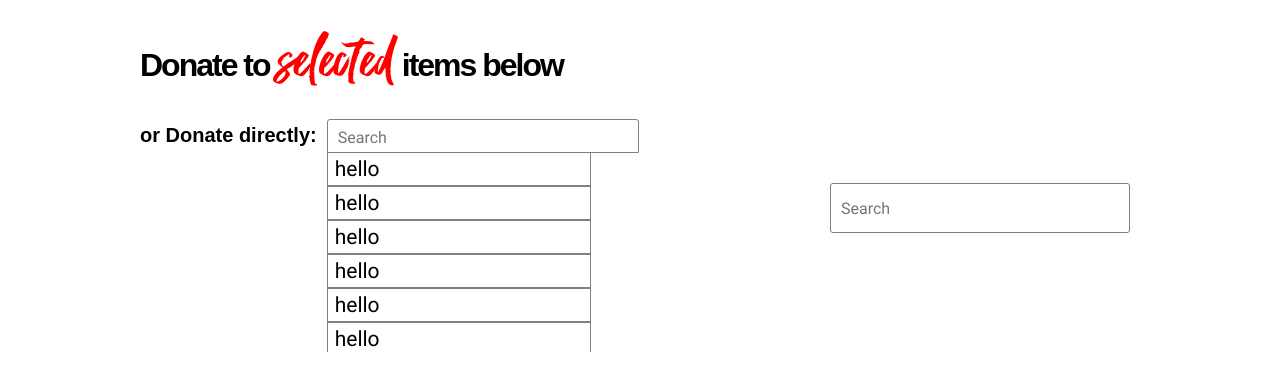
Repository: David-Waite/edableStyleChanges
Page: /
An editor plug-in stored every save of this project. The page is shown before and after the next save, followed by the edit.
The browser window is 1280 px wide. The pictures show the whole page.
The page's requests for data from a server got no answer. The project was rebuilt for these pictures with package versions that can differ from the ones it lists, and the page was loaded fresh each time. Some packages were replaced by stand-ins written for this rebuild. No one was signed in, and anything a server would have sent is missing. Queries for data that is not in the repository find no rows. Also part of the build but not shown: src/components/Item/ProgressBar.css, src/components/Volunteer/Volunteer.tsx, src/components/DonorForm/Message.css, src/components/Volunteer/VolunteerError.tsx, src/components/Default.tsx, src/components/DonorForm/Paypal.tsx, src/components/DonorForm/DonorForm.tsx, src/components/DonorForm/PastDonations.css and 8 more.

Above is the page before, as saved 2022-11-09 19:47:20.

### public/index.html
<!DOCTYPE html>
<html lang="en">
  <head>
    <meta charset="utf-8" />
    <link rel="icon" href="%PUBLIC_URL%/favicon.ico" />
    <meta name="viewport" content="width=device-width, initial-scale=1" />
    <meta name="theme-color" content="#000000" />
    <meta name="description" content="EdAble Donations System" />
    <link rel="apple-touch-icon" href="%PUBLIC_URL%/logo192.png" />
    <link rel="manifest" href="%PUBLIC_URL%/manifest.json" />
    <link
      rel="stylesheet"
      href="https://cdn.jsdelivr.net/npm/bootstrap@5.2.0-beta1/dist/css/bootstrap.min.css"
      integrity="sha384-0evHe/X+R7YkIZDRvuzKMRqM+OrBnVFBL6DOitfPri4tjfHxaWutUpFmBp4vmVor"
      crossorigin="anonymous"
    />
    <title>EdAble Donations</title>
  </head>
  <body>
    <noscript>You need to enable JavaScript to run this app.</noscript>
    <div id="root"></div>
  </body>
  <script src="./iframeResizer.contentWindow.min.js"></script>
</html>

### src/index.tsx
import React from 'react';
import ReactDOM from 'react-dom/client';
import './index.css';
import App from './App';
import reportWebVitals from './reportWebVitals';
import './fonts/Roboto/Roboto-Medium.ttf';
import './fonts/Lora/Lora-VariableFont_wght.ttf';

const root = ReactDOM.createRoot(
  document.getElementById('root') as HTMLElement
);
root.render(
  <React.StrictMode>
    <App />
  </React.StrictMode>
);

// If you want to start measuring performance in your app, pass a function
// to log results (for example: reportWebVitals(console.log))
// or send to an analytics endpoint. Learn more: https://bit.ly/CRA-vitals
reportWebVitals();

### src/index.css
body {
  margin: 0;
  -webkit-font-smoothing: antialiased;
  -moz-osx-font-smoothing: grayscale;
}

code {
  font-family: source-code-pro, Menlo, Monaco, Consolas, "Courier New",
    monospace;
}

* {
  box-sizing: border-box;
}

#page-wrap {
  padding-bottom: 10px;
  padding-top: 10px;
}
@font-face {
  font-family: "Roboto";
  src: local("Roboto"),
    url("./fonts/Roboto/Roboto-Medium.ttf") format("truetype");
}

@font-face {
  font-family: "Lora";
  src: local("Lora"),
    url("./fonts/Lora/Lora-VariableFont_wght.ttf") format("truetype");
}

@font-face {
  font-family: "black_stonealternative";
  src: local("blackStone"),
    url("./fonts/BlackStone/blackstone-alternative-webfont.woff") format("woff");
}

h1 {
  font-family: "Roboto";
  font-style: normal;
  font-weight: 700;
  font-size: 52px;
  line-height: 64px;
  /* identical to box height, or 123% */
  color: #000000;
}

h2 {
  font-family: "Lora";
  font-style: normal;
  font-weight: 700;
  font-size: 47px;
  line-height: 60px;
  /* identical to box height, or 128% */
  color: #f1f1f1;
}

h3 {
  font-family: "Lora";
  font-style: normal;
  font-weight: 700;
  font-size: 40px;
  line-height: 51px;
  color: #c4c4c4;
}

h4 {
  font-family: "Roboto";
  font-style: normal;
  font-weight: 700;
  font-size: 35px;
  line-height: 43px;
  /* identical to box height, or 123% */
  letter-spacing: 0.02em;
  color: #000000;
}

h5 {
  font-family: "Roboto";
  font-style: normal;
  font-weight: 700;
  font-size: 28px;
  line-height: 44px;
  /* identical to box height, or 157% */
  color: #000000;
}

h6 {
  font-family: "Roboto";
  font-style: normal;
  font-weight: 700;
  font-size: 21px;
  line-height: 25px;
  /* identical to box height */
  color: #000000;
}

body {
  font-family: "Roboto";
  font-style: normal;
  font-weight: 400;
  font-size: 21px;
  line-height: 32px;
  /* identical to box height, or 152% */
  color: #000000;
}

### src/App.tsx
import React from "react";
import "./App.css";
import { BrowserRouter, Routes, Route } from "react-router-dom";

import { PayPalScriptProvider } from "@paypal/react-paypal-js";
import Base from "./components/Base";
import Landing from "./components/Landing/Landing";
import Volunteer from "./components/Volunteer/Volunteer";
import VolunteerError from "./components/Volunteer/VolunteerError";
import Default from "./components/Default";
import Organisation from "./components/Organisation/Organisation";
import ItemPage from "./components/Item/ItemPage";
import Success from "./components/DonorForm/Success";
import Cancel from "./components/DonorForm/Cancel";
import PastDonations from "./components/DonorForm/PastDonations";
import PastItemDonations from "./components/DonorForm/PastItemDonations";
import DonateTime from "./components/Volunteer/DonateTime";

function App() {
  return (
    <PayPalScriptProvider
      options={{
        "client-id":
        process.env.REACT_APP_PAYPAL_CLIENT_ID||"ATT3Tn46NrmHggGqVC4mzWOZWlnbp2ID9DA0yQnhsgqPFIVPPlLhfSI_-atbZc3aN7n_k7wUVTyQJMnI",
        currency: "AUD",
      }}
    >
      <BrowserRouter>
        <Routes>
          <Route path="/" element={<Base />}>
            <Route path="/" element={<Landing />} />
            <Route path="volunteer" element={<Volunteer />} />
            <Route path="success" element={<Success />} />
            <Route path="organisation/:orgId" element={<Organisation />} />
            <Route path="cancel/:orgId" element={<Cancel />} />
            <Route path="volunteererror/:orgId" element={<VolunteerError />} />
            <Route path="organisation/:orgId" element={<PastDonations />} />
            <Route path="item/:orgID/:itemID" element={<ItemPage />} />
            <Route path="item/:orgID/:itemID" element={<PastItemDonations />} />
            <Route path="volunteer/organisation/:orgId" element={<DonateTime />} />
            <Route path="volunteer/success" element={<Success />} />

            {/* Using path="*"" means "match anything", so this route
                acts like a catch-all for URLs that we don't have explicit
              routes for. */}
            <Route path="*" element={<Default />} />
          </Route>
        </Routes>
      </BrowserRouter>
    </PayPalScriptProvider>
  );
}

export default App;

### src/App.css
.App {
  text-align: center;
}

.App-logo {
  height: 40vmin;
  pointer-events: none;
}

@media (prefers-reduced-motion: no-preference) {
  .App-logo {
    animation: App-logo-spin infinite 20s linear;
  }
}

.App-header {
  background-color: #282c34;
  min-height: 100vh;
  display: flex;
  flex-direction: column;
  align-items: center;
  justify-content: center;
  font-size: calc(10px + 2vmin);
  color: white;
}

.App-link {
  color: #61dafb;
}

@keyframes App-logo-spin {
  from {
    transform: rotate(0deg);
  }
  to {
    transform: rotate(360deg);
  }
}

.font-face-rob {
  font-family: "Roboto";
}

.font-face-lora {
  font-family: "Lora";
}

.font-face-Black {
  font-family: "black_stonealternative";
}

### src/components/Base.tsx
import { Outlet } from 'react-router-dom';

function BasePage() {
  return (
    <>
      {/* An <Outlet> renders whatever child route is currently active,
          so you can think about this <Outlet> as a placeholder for
        the child routes we defined above. */}
      <Outlet/>
    </>
  );
}

export default BasePage;

### src/components/Landing/Landing.css
.carousel-control-next,
.carousel-control-prev {
  width: 10%;
}

.landing {
  max-width: 1000px;

  margin: 0px auto 90px;
}
.pageTitle {
  font-size: 32px;
  color: black;
  font-family: sans-serif;
  margin-top: 60px;
  margin-bottom: 40px;
  letter-spacing: -2px;
  line-height: 0px;
  font-weight: 700;
}

.title {
  font-size: 32px;
  color: white;
  font-family: sans-serif;
}
.pageTitle span {
  font-family: "black_stonealternative";
  margin-left: 0px;
  margin-right: 0px;
  font-size: 55px;
  letter-spacing: 1px;
  font-weight: 100;
}

.selectOrg {
  font-size: 20px;
  color: black;
  font-family: sans-serif;

  font-weight: 700;
}
.selectOrgCon {
  display: flex;

  margin-bottom: 0px;
}

.orgSearchBar input {
  height: auto;
  padding: 0 10px;
  border-radius: 3px 3px 0 0;
  box-shadow: none;
}

.orgSearchBar input::placeholder {
  font-size: 16px;
}

.orgSearchBar {
  padding-top: 14px;
  margin-left: 10px;
}

.orgNameCon {
  margin-top: -1px;
  position: absolute;
  max-height: 200px;
  overflow: scroll;
}
.orgName {
  padding-left: 7px;
  width: 264px;
  border: 0.1px solid grey;
  background-color: white;
}

.col {
  padding: 0;
}

.navBarContainer {
  margin-left: 30px;
  margin-top: 10px;
  position: absolute;
  color: white;
}

.carousel {
  /* margin: 3px; */
  /* border-radius: 30px; */

  color: white;
  /* height: ; */
}

.carouselImage {
  object-fit: cover;
  height: calc(500px - 140px);
}

.carousel-contents {
  display: flex;

  flex-direction: column;
  justify-content: flex-end;

  color: white;
  height: 500px;
}

.carousel-indicators {
  margin-bottom: 10px;
}

.carousel-contents-bottom {
  display: flex;
  align-items: center;
  justify-content: space-between;
  gap: 10px;

  margin-bottom: 30px;
}

.caroursel-text {
  padding: 0px 25px;
  height: 140px;
  background-color: #333333;
}

.btnContribute {
  background-color: #e50040;
  color: white;
  border: none;
  border-radius: 3px;
}

.btnContribute span {
  margin-left: 3px;
  font-size: 16px;
  font-weight: 400;
  color: white;
}

.btnContribute div {
  font-size: 16px;
  font-weight: 400;
  margin: 0;
}

.btnContribute:hover {
  background-color: #d4033e;
  color: white;
}

.orgSummary {
  font-size: 16px;
  line-height: 25px;
  margin-bottom: 0px;
}

.imgCarousel {
  width: 100%;
  height: 600px;
}

.orgList {
  font-family: sans-serif;
  font-size: 20px;
  color: black;
}

.orgListCon {
  display: flex;
  align-items: center;
}
@media (max-width: 1040px) {
  .landing {
    padding: 0 20px;
  }
}

@media (max-width: 900px) {
  .title {
    font-size: 28px !important;
  }
}

@media (max-width: 800px) {
  .carousel-contents-bottom {
    flex-direction: column;
    align-items: flex-start;

    gap: 0px;
  }
  .caroursel-text {
    height: 200px;
  }
}

@media (max-width: 500px) {
  .btnContribute div {
    width: 100%;
  }

  .caroursel-text {
    height: 220px;
  }
}

@media (max-width: 370px) {
  .btnContribute {
    margin-top: -10px;
    font-size: 10px;
  }
}

@media (max-width: 325px) {
  .btnContribute span {
    font-size: 9px;
  }
}

/* #carousel-indicators {
    color:rgb(17, 0, 61)
} */

/* Button {
  font-size: x-small;
  style={{ backgroundImage: `url(${org.data.img})` }}




   <img
                              className="imgCarousel"
                              src={org.data.img}
                              alt={`${org.data.name}` + "'s logo"}
                            />
} */

### src/components/Landing/ItemsCollection.tsx
import { useState, useEffect } from "react";
import {
  collectionGroup,
  query,
  onSnapshot,
  collection,
  where,
  getDocs,
} from "firebase/firestore";
import { db } from "../../config/firebase";
import Card from "react-bootstrap/Card";
import ProgressBar from "react-bootstrap/ProgressBar";
import { Link } from "react-router-dom";
import styles from "./ItemsCollection.module.css";
import "../Item/ProgressBar.css";

function ItemsCollection(props: any) {
  const [itemList, setItemList] = useState<any>([]);
  const [search, setSearch] = useState<string>("");

  useEffect(() => {
    const q = query(
      collectionGroup(db, "Items"),
      where("activeStatus", "==", true)
    );

    onSnapshot(q, async (querySnapshot) => {
      setItemList(
        querySnapshot.docs.map((doc) => ({
          id: doc.id,
          data: doc.data(),
          parentDoc: doc.ref.parent.parent?.id,
        }))
      );
    });
  }, []);

  function mergeLists() {
    const mergeList: any = [];
    itemList.map((item: any) => {
      props.orgList.map((org: any) => {
        if (item.parentDoc === org.id) {
          if (item.data.activeStatus === true) {
            mergeList.push({
              ...item,
              orgName: org.data.name,
              orgActiveStatus: org.data.activeStatus,
            });
          }
        }
      });
    });
    return mergeList;
  }

  const mergeList = mergeLists();

  const handleChange = (e: React.ChangeEvent<HTMLInputElement>) => {
    setSearch(e.target.value);
  };
  const filteredItems = mergeList.filter((item: any) =>
    item.data.name.toLowerCase().includes(search.toLowerCase())
  );

  return (
    <>
      <div className={styles.containerDiv}>
        <div
          className={styles.searchBar}
          style={{
            borderRadius: "3px",
            display: "flex",
            alignItems: "right",
            justifyContent: "right",
          }}
        >
          <input
            style={{ fontSize: "16px" }}
            className={styles.input}
            type="text"
            onChange={handleChange}
            placeholder="Search"
          />
        </div>

        <div className={styles.cardParentDiv}>
          {filteredItems.map((item: any) => (
            <div key={item.id.toString()} className={styles.cards}>
              <div className={styles.cardImage}>
                <img src={item.data.img} alt={`Image of  ${item.data.name}`} />
              </div>

              <div className={styles.cardBody}>
                <div>
                  <h3 className={styles.cardTitle}>
                    {item.orgName}:
                    <br />
                    <span>{item.data.name}</span>
                  </h3>

                  <p className={styles.cardDes}>{item.data.summary}</p>
                </div>

                <div className={styles.bottomHalfCard}>
                  <p>
                    ${item.data.totalDonationsValue || 0} of $
                    {item.data.initialPrice}
                  </p>
                  <ProgressBar
                    striped
                    now={
                      item.data.totalDonationsValue
                        ? (item.data.totalDonationsValue /
                            item.data.initialPrice) *
                          100
                        : 0
                    }
                    label={`${Math.round(
                      (item.data.totalDonationsValue / item.data.initialPrice) *
                        100
                    )}%`}
                  />
                  <Link
                    style={{
                      textDecoration: "none",
                      color: "black",
                    }}
                    to={`item/${item.parentDoc}/${item.id}`}
                  >
                    <div className={styles.btn}>DONATE NOW!</div>
                  </Link>
                </div>
              </div>
            </div>
          ))}
        </div>
      </div>
    </>
  );
}

export default ItemsCollection;

### src/components/Organisation/Organisation.module.css
.body {
  background-color: black;
}

* {
  margin: 0;
  padding: 0;
}

img {
  max-width: 100%;
}

.section {
  max-width: 1000px;
  margin: 0 auto;
  background-color: white;
}

.orgName,
.volunteerOrgName span {
  font-family: "black_stonealternative";
  margin-left: 0px;
  margin-right: 0px;
  font-size: 55px;
  font-weight: 100;
  color: #5e17a9;
  line-height: 45px;
}

.orgNameSpan,
.volunteerOrgName {
  font-size: 32px;
  color: black;
  font-family: sans-serif;
  font-weight: 600;
  line-height: normal;
}
.volunteerOrgName span {
  color: #5e17a9;
}
.line {
  margin: 20px 0 30px;
  height: 3px;
  width: 70px;
  background-color: #511493;
}

.itemName {
  font-size: 32px;
  color: black;
  font-family: sans-serif;
  font-weight: 600;
  line-height: normal;
}

.itemImgDesktop {
  margin-bottom: 20px;
}

.sideIdmage {
  display: flex;
  flex-direction: column;
}

.itemImgMobile,
.mobileSideImg {
  display: none;
}

.itemName span {
  color: #511493;
  font-size: 33px;
}

.des {
  margin-top: 20px;
  font-size: 16px;
  font-weight: 100;
  line-height: 25px;
  color: #333333;
}
.mainContent {
  margin-top: 40px;
  display: grid;
  grid-template-columns: 1fr 1.5fr;
  gap: 80px;
}
.btn {
  display: flex;
  align-items: center;
  height: 40px;
  color: white;

  border-radius: 3px !important;
  font-size: 16px;
  font-weight: 400;
  padding: 0 15px;
}

a {
  text-decoration: none !important;
}
.websiteBtn {
  height: 40px;

  border-radius: 3px !important;
  font-size: 16px;
  font-weight: 400;
  padding: 10px 15px;

  color: white;
  background-color: #511493;
}
.btn:hover {
  color: white;
}

.goBack {
  background-color: #e50040;
}

.goBack:hover {
  background-color: #f16800;
}

.orgImg {
  width: 100%;
  height: 500px;
  object-fit: cover;
}

.website {
  padding: 30px;
  margin-top: 10px;
  background: linear-gradient(58.89deg, #5e17a9 31.3%, #e50040 67.75%);
  color: white;
}

.website div {
  margin-top: 10px;
}
.website a {
  background-color: #e50040;
  width: 100%;
  color: white;
  border-radius: 3px !important;
  font-size: 16px;
  font-weight: 400;
  padding: 10px 15px;
}

.header {
  margin: 10px 0;
  display: flex;
  gap: 10px;

  align-items: center;
}

h6 {
  margin-top: 30px;
  font-size: 33px;
  font-weight: 400;
  line-height: 30px;
}

h6 div {
  font-family: "black_stonealternative";
  margin-top: 30px;
  color: #5e17a9;
  font-size: 55px;
  letter-spacing: 1px;
  font-weight: 100;
}

.orgDescription {
  margin-top: 20px;
  font-size: 16;
}

.formCon {
  margin-top: 20px;
}

.btnPurple {
  background-color: #511493;
}
.topItem {
  display: flex;
  align-items: center;
  gap: 40px;
}

.backButton {
  margin-top: 30px;
  color: white;
  border-radius: 3px;
  background-color: #e50040;
  border: none;
}

.backButton:hover {
  color: white;

  background-color: #d4033e;
}

.topButton:hover {
  background-color: #f16800;
}

.card {
  border-radius: 3px;
  border: none;

  background-color: #f4f4f4;
}

.card img {
  width: 100%;
}

.cardContent {
  padding: 20px;
}

.cardTitle {
  font-size: 18px;
  color: black;
  font-family: sans-serif;
  height: auto;
  line-height: 25px;
}

.cardDes {
  margin-top: 0px;
  color: rgb(29, 29, 29);
  font-size: 16px;
  letter-spacing: 0.1px;
  line-height: 20px;
  font-weight: 400;
}

@media (max-width: 1040px) {
  .section {
    padding: 0 20px;
  }
}
@media (max-width: 700px) {
  .content {
    padding: 0 20px 50px;
  }
  .formContainer {
    padding: 30px 20px;
  }
  .topItem {
    display: flex;
    flex-direction: column;
    gap: 40px;
  }
  .card {
    width: 100%;
  }
}

@media (max-width: 900px) {
  .mainContent {
    display: grid;
    grid-template-columns: 1fr;
    gap: 20px;
    margin-bottom: 10px;
  }
  .itemImgDesktop,
  .desktopSideImg {
    display: none;
  }
  .mobileSideImg {
    display: block;
  }

  .itemImgMobile {
    display: block;
    width: 100%;
  }
}

@media (max-width: 500px) {
  label {
    font-size: 10px;
  }

  h6 {
    font-size: 25px;
  }
  h6 span {
    font-size: 40px;
  }
  .btn {
    font-size: 12px;
  }
}

### src/components/Landing/ItemsCollection.module.css
.containerDiv {
  /* background-color: rgb(212, 238, 249); */
  border-radius: 40px;
}

.searchBar {
  border-radius: 3px !important;
  padding: 0;
}
.title {
  font-size: 32px;
  color: black;
  font-family: sans-serif;
  margin-top: 60px;
  margin-bottom: 40px;

  letter-spacing: -2px;
}

.title span {
  font-family: "black_stonealternative";
  margin-left: 0px;
  margin-right: 0px;
  font-size: 55px;
  letter-spacing: 1px;
  font-weight: 100;
}

.input {
  margin: 10px;
  width: 300px;
  border-radius: 3px;
  padding: 2px 10px;
}

.cardParentDiv {
  margin-top: 20px;
  display: grid;
  grid-template-columns: 1fr 1fr 1fr;
  gap: 30px;
}

.bottomHalfCard {
  align-self: end;
}
.cardParentDiv img {
  width: 100%;
  height: 180px;
  object-fit: cover;
  padding: 0;
  margin: 0;
}

.cardImage {
  height: 180px;
}
.cardTitle {
  font-size: 18px;
  color: black;
  font-family: sans-serif;
  height: auto;
  line-height: 25px;
}

.cardTitle span {
  color: #e50040;
}

.cardDes {
  height: 60px;
  margin-top: 0px;
  color: rgb(29, 29, 29);
  font-size: 16px;
  letter-spacing: 0.1px;
  line-height: 16px;
  font-weight: 400;
}

.btn {
  text-decoration: none;
  color: white;
  display: flex;
  align-items: center;
  justify-content: center;
  height: 40px;
  margin-top: 10px;
  margin-bottom: -15px;
  text-align: center;
  border-radius: 3px;
  font-size: 16px;
  font-weight: 400;

  background-color: #5e17a9;
}

.cardBody {
  padding: 10px 10px 30px 10px;
}

.cards {
  border-radius: 3px;
  border: none;
  background-color: #f4f4f4;
}

@media (max-width: 1040px) {
  .cardParentDiv {
    grid-template-columns: 1fr 1fr;
    gap: 60px;
  }
  .input {
    width: calc(100vw - 40px);
  }
}

@media (max-width: 650px) {
  .cardParentDiv {
    grid-template-columns: 1fr 1fr;
    gap: 20px;
  }
}

@media (max-width: 600px) {
  .cardParentDiv {
    grid-template-columns: 1fr;
    gap: 20px;
  }
}

### src/components/DonorForm/DonorForm.css
.donorInfoContainer {
  background-color: rgb(238, 238, 238);
  padding: 20px 40px;
  border-radius: 3px;
}

.formTitle {
  color: #5e17a9;
}

.presetButtons {
  display: flex;
  align-items: center;
  justify-content: flex-start;
  margin-bottom: -20px;
}

label,
.or {
  padding: 5px 0;
  font-weight: lighter;
}

label span {
  color: rgb(176, 53, 53);
  margin-left: 2px;
}

input:disabled {
  background-color: rgb(197, 197, 197);
}

.checkbox {
  display: flex;
  justify-content: start;
  align-items: center;
}

.checkbox input {
  width: auto;
  margin-right: 5px;
}

.monthlyPayment {
  margin-top: 15px;
  margin-bottom: -25px;
}

.availablity {
  display: flex;
  gap: 60px;
  padding-bottom: 10px;
}

.isAron {
  margin-top: 15px;
}
.mailingList {
  margin-bottom: 15px;
}
input,
select {
  height: 50px;
  width: 100%;
  border: 0.1px solid;
  border-color: grey;
  border-radius: 5px;
}

select {
  padding: 15px 10px;
  border: none;
}

span {
  font-size: large;
  color: red;
}

.proceedPayBtn {
  color: white;
  background-color: #ff7000;
  border-color: #ff7000;
  margin-right: auto;
}

.proceedPayBtn:hover {
  background-color: #f16800;
  color: white;
}

button {
  border-radius: 4px;
  border: 1px solid rgb(215, 215, 215);
  padding: 5px 10px;
  font-size: 14px;
  margin: 5px;
  color: white;
  background-color: #ff7000;
  border-color: #ff7000;
}

button[type="submit"],
input[type="submit"] {
  background: #ec598f;
  color: white;
  text-transform: uppercase;
  border: none;
  margin-top: 40px;
  padding: 10px;
  font-size: 16px;
  font-weight: 400;
  letter-spacing: 10px;
}

Loaded but not shown: src/reportWebVitals.ts (common file); public/iframeResizer.contentWindow.min.js (library); src/config/firebase.js (25 lines, source omitted); src/components/Landing/Landing.tsx (157 lines, source omitted)

After the next save:
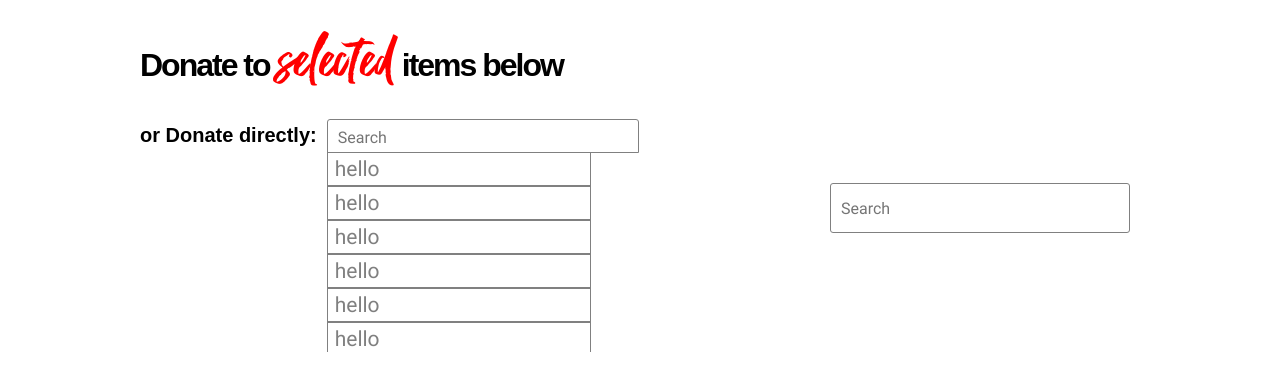
Saved 47 s later.
--- a/src/components/Landing/Landing.css
+++ b/src/components/Landing/Landing.css
@@ -71,6 +71,7 @@
 .orgName {
   padding-left: 7px;
   width: 264px;
+  color: grey;
   border: 0.1px solid grey;
   background-color: white;
 }
